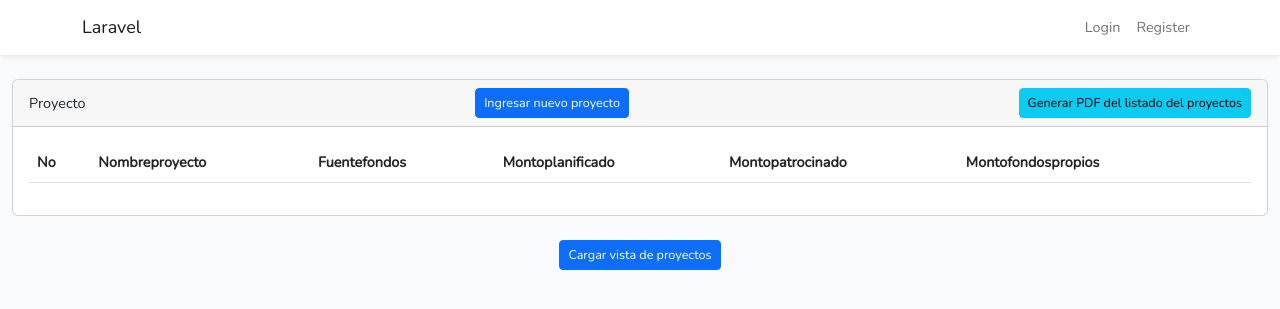
Repository: Hellcat98/Practica_laravel_alfredo
Page: http://localhost/proyecto
These files come from the project's save history. The page is drawn as it stood at one moment and after the next save; the edit follows.
The browser window is 1280 px wide. The pictures show the whole page.
The page is served by the project's Laravel application, run on PHP 8.4 with Laravel 10. Other server files are loaded and not shown. Style sheets and scripts are compiled from the project's sources, by tool versions that may differ from the author's. Queries for data that is not in the repository find no rows.

Above is the page before, as saved 2023-06-11 17:42:13.

### routes/web.php
<?php

use App\Http\Controllers\ProyectoController;
use Illuminate\Support\Facades\Route;

/*
|--------------------------------------------------------------------------
| Web Routes
|--------------------------------------------------------------------------
|
| Here is where you can register web routes for your application. These
| routes are loaded by the RouteServiceProvider and all of them will
| be assigned to the "web" middleware group. Make something great!
|
*/

Route::get('/', function () {
    return view('welcome');
});

Route::resource('proyecto',ProyectoController::class);

Auth::routes();

Route::get('/home', [App\Http\Controllers\HomeController::class, 'index'])->name('home');

Route::get('/descargar-pdf', 'App\Http\Controllers\proyecto_pdf@generar_pdf')->name('descargar-pdf');

### app/Http/Controllers/ProyectoController.php
<?php

namespace App\Http\Controllers;

use App\Models\Proyecto;
use Illuminate\Http\Request;

/**
 * Class ProyectoController
 * @package App\Http\Controllers
 */
class ProyectoController extends Controller
{
    /**
     * Display a listing of the resource.
     *
     * @return \Illuminate\Http\Response
     */
    public function index()
    {
        $proyectos = Proyecto::paginate();

        return view('proyecto.index', compact('proyectos'))
            ->with('i', (request()->input('page', 1) - 1) * $proyectos->perPage());
    }

    /**
     * Show the form for creating a new resource.
     *
     * @return \Illuminate\Http\Response
     */
    public function create()
    {
        $proyecto = new Proyecto();
        return view('proyecto.create', compact('proyecto'));
    }

    /**
     * Store a newly created resource in storage.
     *
     * @param  \Illuminate\Http\Request $request
     * @return \Illuminate\Http\Response
     */
    public function store(Request $request)
    {
        request()->validate(Proyecto::$rules);

        $proyecto = Proyecto::create($request->all());

        return redirect()->route('proyecto.index')
            ->with('success', 'Proyecto created successfully.');
    }

    /**
     * Display the specified resource.
     *
     * @param  int $id
     * @return \Illuminate\Http\Response
     */
    public function show($id)
    {
        $proyecto = Proyecto::find($id);

        return view('proyecto.show', compact('proyecto'));
    }

    /**
     * Show the form for editing the specified resource.
     *
     * @param  int $id
     * @return \Illuminate\Http\Response
     */
    public function edit($id)
    {
        $proyecto = Proyecto::find($id);

        return view('proyecto.edit', compact('proyecto'));
    }

    /**
     * Update the specified resource in storage.
     *
     * @param  \Illuminate\Http\Request $request
     * @param  Proyecto $proyecto
     * @return \Illuminate\Http\Response
     */
    public function update(Request $request, Proyecto $proyecto)
    {
        request()->validate(Proyecto::$rules);

        $proyecto->update($request->all());

        return redirect()->route('proyecto.index')
            ->with('success', 'Proyecto updated successfully');
    }

    /**
     * @param int $id
     * @return \Illuminate\Http\RedirectResponse
     * @throws \Exception
     */
    public function destroy($id)
    {
        $proyecto = Proyecto::find($id)->delete();

        return redirect()->route('proyecto.index')
            ->with('success', 'Proyecto deleted successfully');
    }
}

### app/Models/Proyecto.php
<?php

namespace App\Models;

use Illuminate\Database\Eloquent\Model;

/**
 * Class Proyecto
 *
 * @property $id
 * @property $NombreProyecto
 * @property $fuenteFondos
 * @property $MontoPlanificado
 * @property $MontoPatrocinado
 * @property $MontoFondosPropios
 *
 * @package App
 * @mixin \Illuminate\Database\Eloquent\Builder
 */
class Proyecto extends Model
{

    static $rules = [
		'NombreProyecto' => 'required',
		'fuenteFondos' => 'required',
		'MontoPlanificado' => 'required',
		'MontoPatrocinado' => 'required',
		'MontoFondosPropios' => 'required',
    ];

    protected $perPage = 20;

    /**
     * Attributes that should be mass-assignable.
     *
     * @var array
     */
    protected $fillable = ['NombreProyecto','fuenteFondos','MontoPlanificado','MontoPatrocinado','MontoFondosPropios'];



}

### resources/views/proyecto/index.blade.php
@extends('layouts.app')

@section('template_title')
    Proyecto
@endsection

@section('content')
    <div class="container-fluid">
        <div class="row">
            <div class="col-sm-12">
                <div class="card">
                    <div class="card-header">
                        <div style="display: flex; justify-content: space-between; align-items: center;">

                            <span id="card_title">
                                {{ __('Proyecto') }}
                            </span>

                             <div class="float-center">
                              <center>  <a href="{{ route('proyecto.create') }}" class="btn btn-primary btn-sm float-right"  data-placement="left">
                                  {{ __('Ingresar nuevo proyecto') }}
                                </a></center>
                              </div>
                              <div class="float-right">
                                <a href="{{ route('descargar-pdf') }}" class="btn btn-info btn-sm float-right"  data-placement="left">
                                  {{ __('Generar PDF del listado del proyectos') }}
                                </a>
                              </div>

                        </div>


                    </div>
                    @if ($message = Session::get('success'))
                        <div class="alert alert-success">
                            <p>{{ $message }}</p>
                        </div>
                    @endif

                    <div class="card-body">
                        <div class="table-responsive">
                            <table class="table table-striped table-hover">
                                <thead class="thead">
                                    <tr>
                                        <th>No</th>

										<th>Nombreproyecto</th>
										<th>Fuentefondos</th>
										<th>Montoplanificado</th>
										<th>Montopatrocinado</th>
										<th>Montofondospropios</th>

                                        <th></th>
                                    </tr>
                                </thead>
                                <tbody>
                                    @foreach ($proyectos as $proyecto)
                                        <tr>
                                            <td>{{ ++$i }}</td>

											<td>{{ $proyecto->NombreProyecto }}</td>
											<td>{{ $proyecto->fuenteFondos }}</td>
											<td>{{ $proyecto->MontoPlanificado }}</td>
											<td>{{ $proyecto->MontoPatrocinado }}</td>
											<td>{{ $proyecto->MontoFondosPropios }}</td>

                                            <td>
                                                <form action="{{ route('proyecto.destroy',$proyecto->id) }}" method="POST">
                                                    <a class="btn btn-sm btn-primary " href="{{ route('proyecto.show',$proyecto->id) }}"><i class="fa fa-fw fa-eye"></i> {{ __('Show') }}</a>
                                                    <a class="btn btn-sm btn-success" href="{{ route('proyecto.edit',$proyecto->id) }}"><i class="fa fa-fw fa-edit"></i> {{ __('Edit') }}</a>
                                                    @csrf
                                                    @method('DELETE')
                                                    <button type="submit" class="btn btn-danger btn-sm"><i class="fa fa-fw fa-trash"></i> {{ __('Delete') }}</button>
                                                </form>
                                            </td>
                                        </tr>
                                    @endforeach
                                </tbody>
                            </table>
                        </div>
                    </div>
                </div>
                {!! $proyectos->links() !!}
            </div>
        </div>
    </div>
@endsection

### resources/views/layouts/app.blade.php
<!doctype html>
<html lang="{{ str_replace('_', '-', app()->getLocale()) }}">
<head>
    <meta charset="utf-8">
    <meta name="viewport" content="width=device-width, initial-scale=1">

    <!-- CSRF Token -->
    <meta name="csrf-token" content="{{ csrf_token() }}">

    <title>{{ config('app.name', 'Practica Proyectos') }}</title>

    <!-- Fonts -->
    <link rel="dns-prefetch" href="//fonts.bunny.net">
    <link href="https://fonts.bunny.net/css?family=Nunito" rel="stylesheet">

    <!-- Scripts -->
    @vite(['resources/sass/app.scss', 'resources/js/app.js'])
</head>
<body>
    <div id="app">
        <nav class="navbar navbar-expand-md navbar-light bg-white shadow-sm">
            <div class="container">
                <a class="navbar-brand" href="{{ url('/') }}">
                    {{ config('app.name', 'Practica Proyectos') }}
                </a>
                <button class="navbar-toggler" type="button" data-bs-toggle="collapse" data-bs-target="#navbarSupportedContent" aria-controls="navbarSupportedContent" aria-expanded="false" aria-label="{{ __('Toggle navigation') }}">
                    <span class="navbar-toggler-icon"></span>
                </button>

                <div class="collapse navbar-collapse" id="navbarSupportedContent">
                    <!-- Left Side Of Navbar -->
                    <ul class="navbar-nav me-auto">


                    </ul>

                    <!-- Right Side Of Navbar -->
                    <ul class="navbar-nav ms-auto">
                        <!-- Authentication Links -->
                        @guest
                            @if (Route::has('login'))
                                <li class="nav-item">
                                    <a class="nav-link" href="{{ route('login') }}">{{ __('Login') }}</a>
                                </li>
                            @endif

                            @if (Route::has('register'))
                                <li class="nav-item">
                                    <a class="nav-link" href="{{ route('register') }}">{{ __('Register') }}</a>
                                </li>
                            @endif
                        @else
                            <li class="nav-item dropdown">
                                <a id="navbarDropdown" class="nav-link dropdown-toggle" href="#" role="button" data-bs-toggle="dropdown" aria-haspopup="true" aria-expanded="false" v-pre>
                                    {{ Auth::user()->name }}
                                </a>

                                <div class="dropdown-menu dropdown-menu-end" aria-labelledby="navbarDropdown">
                                    <a class="dropdown-item" href="{{ route('logout') }}"
                                       onclick="event.preventDefault();
                                                     document.getElementById('logout-form').submit();">
                                        {{ __('Logout') }}
                                    </a>

                                    <form id="logout-form" action="{{ route('logout') }}" method="POST" class="d-none">
                                        @csrf
                                    </form>
                                </div>
                            </li>
                        @endguest
                    </ul>
                </div>
            </div>
        </nav>

        <main class="py-4">
            @yield('content')
        </main>
    </div>

    <div class="float-right">
       <center> <a href="{{ route('proyecto.index') }}" class="btn btn-primary btn-sm float-right"  data-placement="left">
          {{ __('Cargar vista de proyectos') }}
        </a>
      </div></center>
</body>
</html>

Loaded but not shown: app/Http/Controllers/Auth/ConfirmPasswordController.php (common file); app/Http/Controllers/Controller.php (common file); resources/sass/app.scss (common file); resources/sass/_variables.scss (common file)

After the next save:
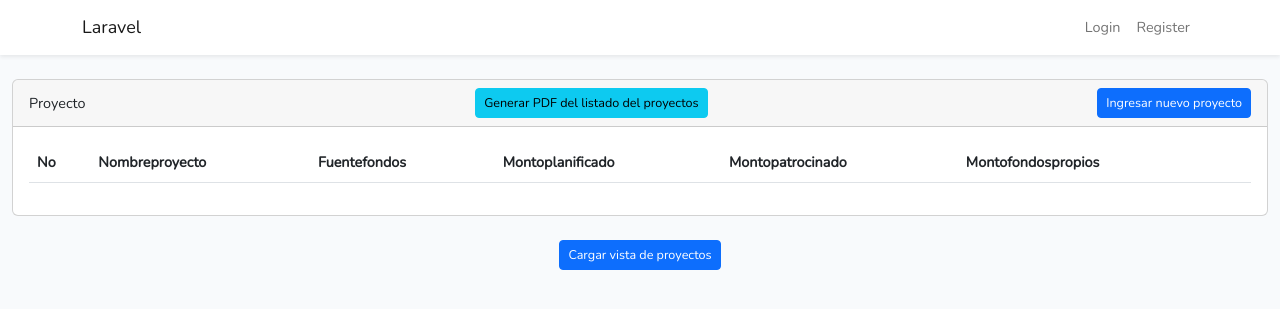
Saved 12 s later.
--- a/resources/views/proyecto/index.blade.php
+++ b/resources/views/proyecto/index.blade.php
@@ -16,14 +16,15 @@
                                 {{ __('Proyecto') }}
                             </span>
 
-                             <div class="float-center">
-                              <center>  <a href="{{ route('proyecto.create') }}" class="btn btn-primary btn-sm float-right"  data-placement="left">
-                                  {{ __('Ingresar nuevo proyecto') }}
-                                </a></center>
-                              </div>
+
                               <div class="float-right">
                                 <a href="{{ route('descargar-pdf') }}" class="btn btn-info btn-sm float-right"  data-placement="left">
                                   {{ __('Generar PDF del listado del proyectos') }}
+                                </a>
+                              </div>
+                              <div class="float-right">
+                                <a href="{{ route('proyecto.create') }}" class="btn btn-primary btn-sm float-right"  data-placement="left">
+                                  {{ __('Ingresar nuevo proyecto') }}
                                 </a>
                               </div>
 
